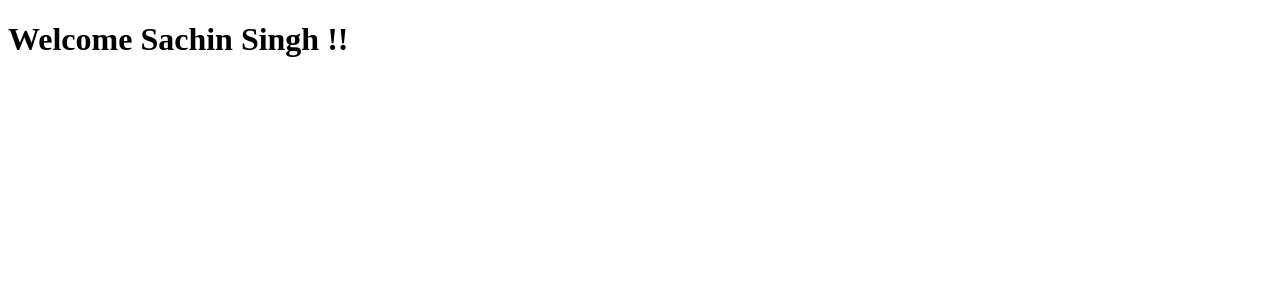
Repository: sachin3018/phase-2
Page: http://localhost/JSPServer/
The author's editor kept a copy of each file at every save. The page is drawn from the files as they stood at one save, then again after the next save.
The browser window is 1280 px wide. The pictures show the whole page.
The page is served by Tomcat 9.

Above is the page before, as saved 2021-10-17 17:17:35.

After the next save:
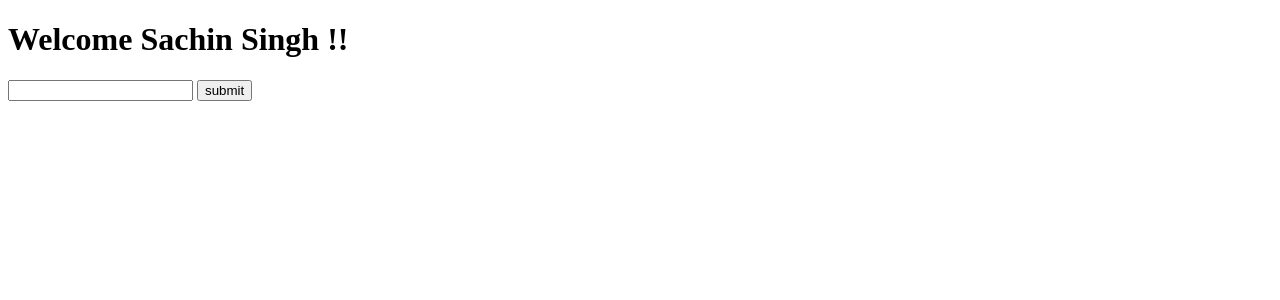
Saved 2 min 50 s later.
--- a/JSPServer/src/main/webapp/index.jsp
+++ b/JSPServer/src/main/webapp/index.jsp
@@ -8,5 +8,9 @@
 </head>
 <body>
 <h1>Welcome Sachin Singh !!</h1>
+<form action="jsp" method="get">
+<input type="text" name="name">
+<input type="submit" value="submit">
+</form>
 </body>
 </html>
